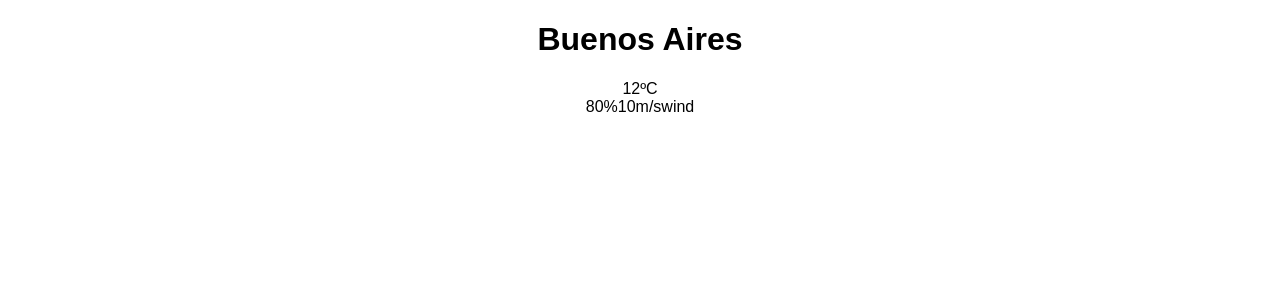
Repository: gustavojuan/REACT-weatherApp
Page: /
These files come from the project's save history. The page is drawn as it stood at one moment and after a run of saves; the edit follows.
The browser window is 1280 px wide. The pictures show the whole page.
The project was rebuilt for these pictures with package versions that can differ from the ones it lists, and the page was loaded fresh each time.

Above is the page before, as saved 2018-07-12 09:05:56.

After the next 2 saves:
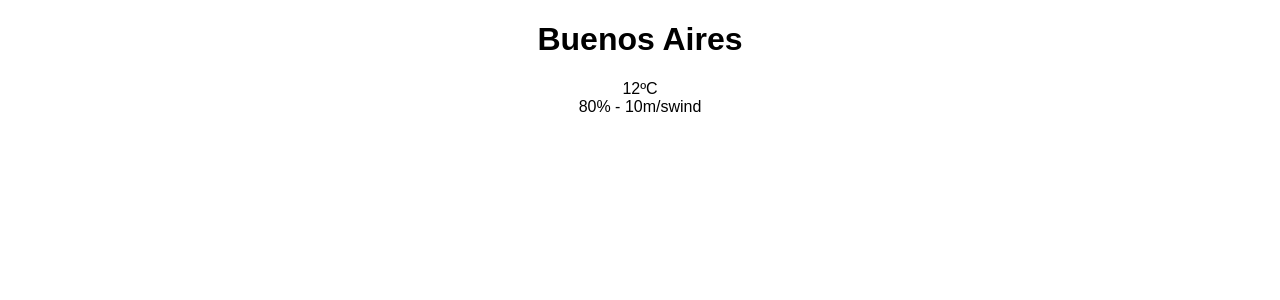
The 2 saves are shown as one change because they came seconds apart.
The last was saved 9 s later.
--- a/src/components/WeatherExtraInfo.js
+++ b/src/components/WeatherExtraInfo.js
@@ -2,7 +2,7 @@ import React from 'react';
 
 const WeatherExtraInfo = ({ humidity, wind }) => (
     <div>
-        <span>{ humidity + '%' }</span>
+        <span>{ humidity + '% - ' }</span>
         <span>{ wind + 'wind' }</span>
     </div>
 );
